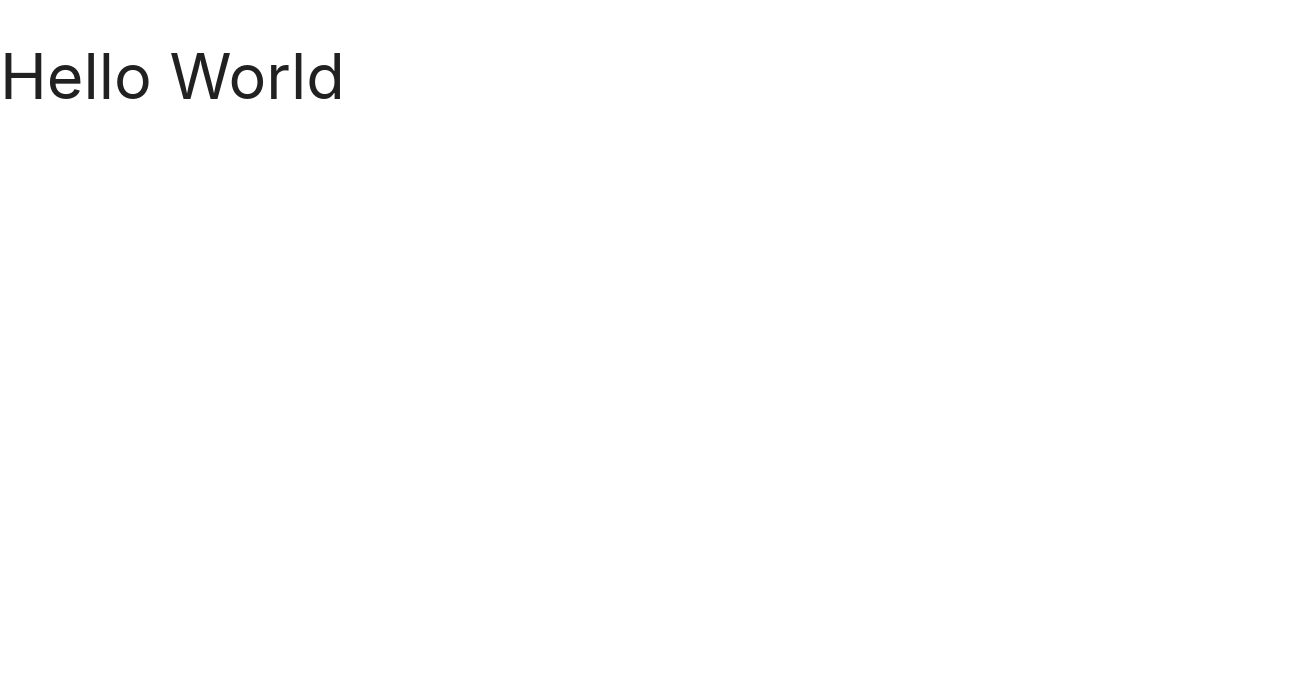
Repository: RavinakS/signup-page-html-js
Page: index.html
An editor plug-in stored every save of this project. The page is shown before and after the next save, followed by the edit.
The browser window is 1280 px wide. The page is 1280 px wide, then 1291 px, so the pictures cover 1291 px, including what lies to the right of the window. The pictures show the whole page.

Above is the page before, as saved 2021-12-13 11:06:25.

### index.html
<!DOCTYPE html>
<html lang="en">
<head>
    <meta charset="UTF-8">
    <meta http-equiv="X-UA-Compatible" content="IE=edge">
    <meta name="viewport" content="width=device-width, initial-scale=1.0">

    <title>Document</title>
    <link rel="stylesheet" href="https://cdnjs.cloudflare.com/ajax/libs/materialize/1.0.0/css/materialize.min.css">
    <script src="https://cdnjs.cloudflare.com/ajax/libs/materialize/1.0.0/js/materialize.min.js"></script>

</head>
<body>
    <h1>Hello World</h1>
</body>
</html>

After the next save:
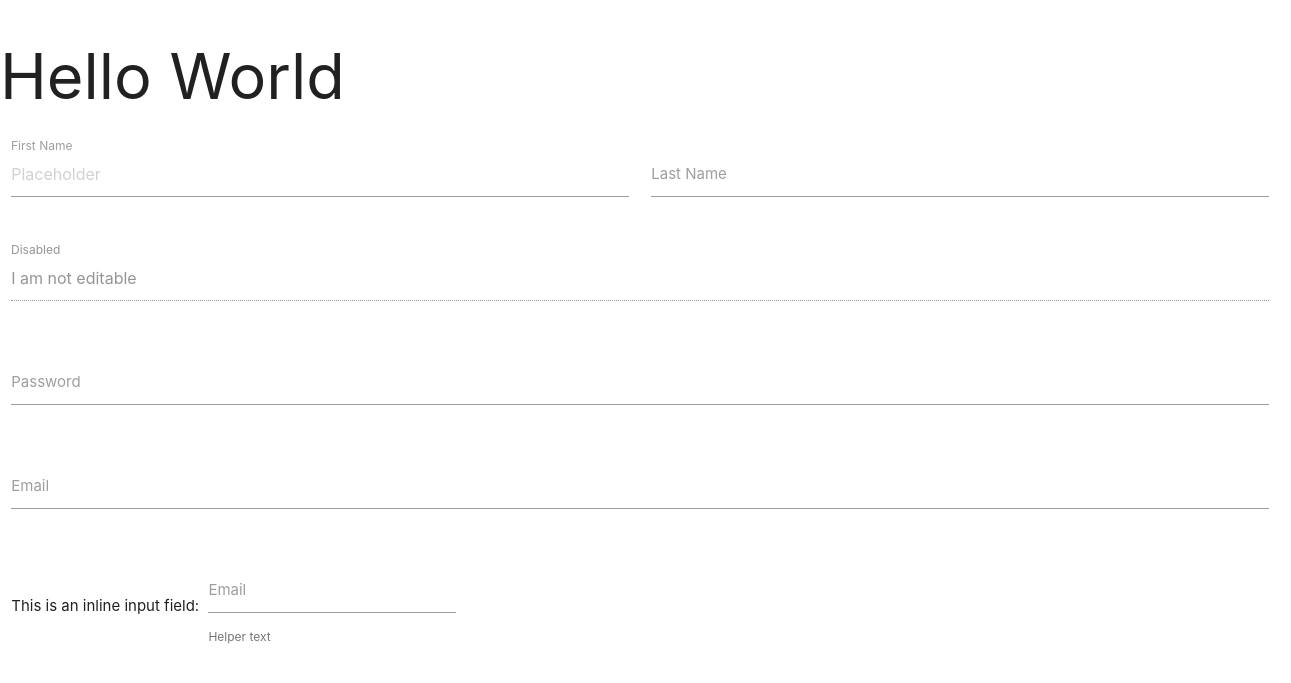
Saved 63 s later.
--- a/index.html
+++ b/index.html
@@ -12,5 +12,47 @@
 </head>
 <body>
     <h1>Hello World</h1>
+    <div class="row">
+        <form class="col s12">
+          <div class="row">
+            <div class="input-field col s6">
+              <input placeholder="Placeholder" id="first_name" type="text" class="validate">
+              <label for="first_name">First Name</label>
+            </div>
+            <div class="input-field col s6">
+              <input id="last_name" type="text" class="validate">
+              <label for="last_name">Last Name</label>
+            </div>
+          </div>
+          <div class="row">
+            <div class="input-field col s12">
+              <input disabled value="I am not editable" id="disabled" type="text" class="validate">
+              <label for="disabled">Disabled</label>
+            </div>
+          </div>
+          <div class="row">
+            <div class="input-field col s12">
+              <input id="password" type="password" class="validate">
+              <label for="password">Password</label>
+            </div>
+          </div>
+          <div class="row">
+            <div class="input-field col s12">
+              <input id="email" type="email" class="validate">
+              <label for="email">Email</label>
+            </div>
+          </div>
+          <div class="row">
+            <div class="col s12">
+              This is an inline input field:
+              <div class="input-field inline">
+                <input id="email_inline" type="email" class="validate">
+                <label for="email_inline">Email</label>
+                <span class="helper-text" data-error="wrong" data-success="right">Helper text</span>
+              </div>
+            </div>
+          </div>
+        </form>
+      </div>
 </body>
 </html>
